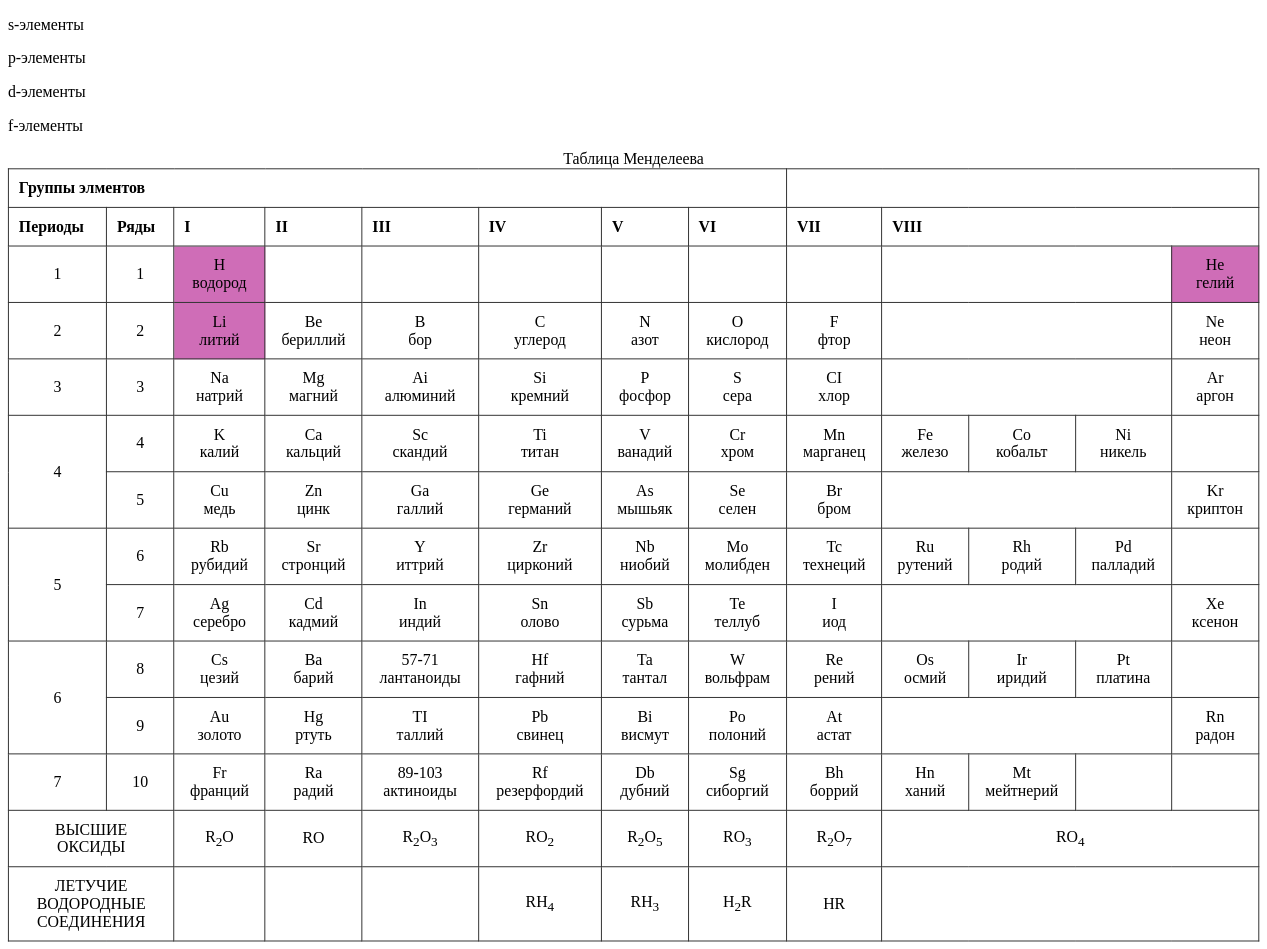
Repository: sannikovcode/exercises-a1
Page: JS/websites/01-periodic table/index.html
These files come from the project's save history. The page is drawn as it stood at one moment and after the next save; the edit follows.
The browser window is 1280 px wide. The pictures show the whole page, at 99% of full size.

Above is the page before, as saved 2025-10-18 14:54:15.

After the next save:
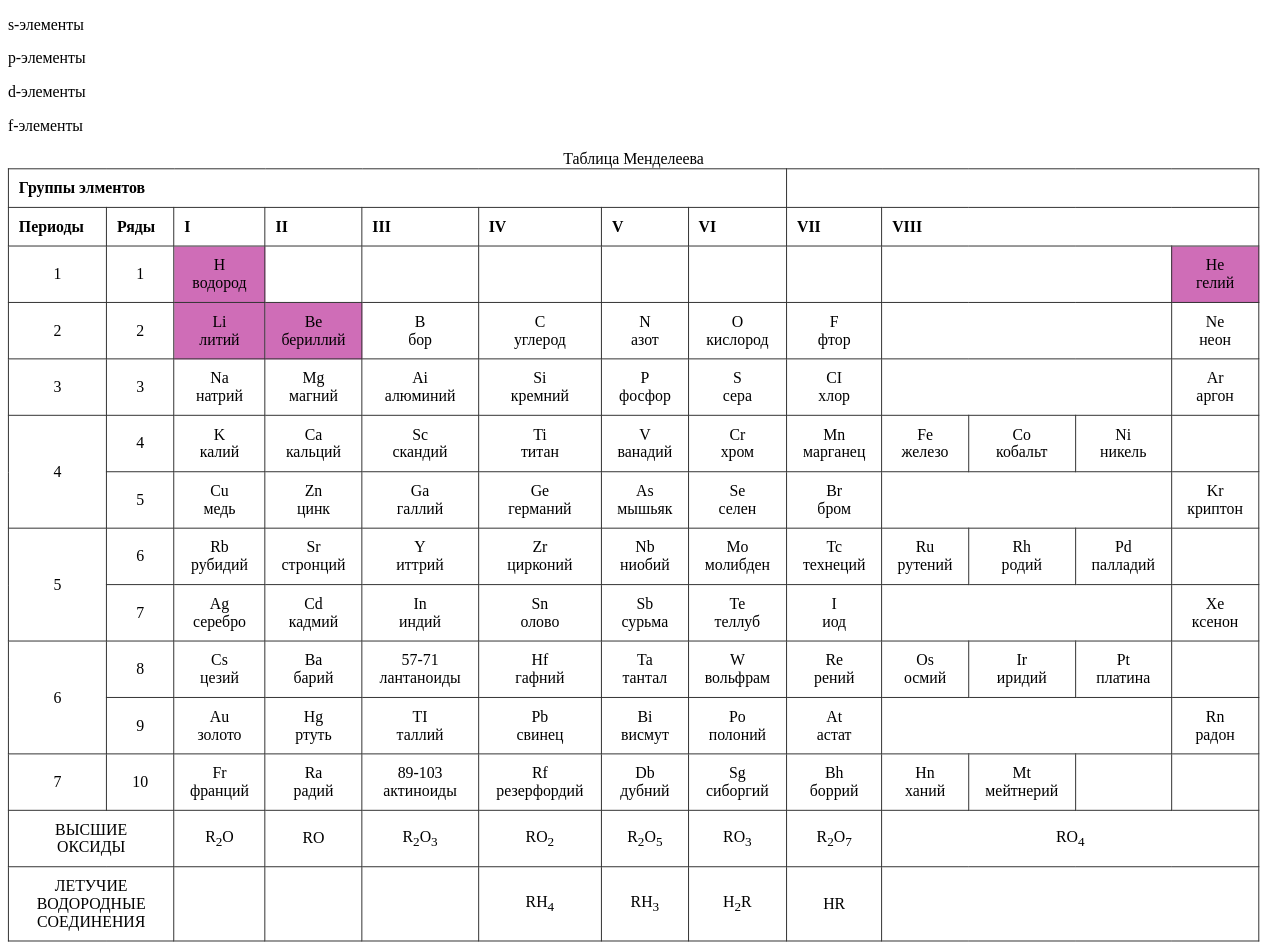
Saved 5 s later.
--- a/JS/websites/01-periodic table/index.html
+++ b/JS/websites/01-periodic table/index.html
@@ -48,7 +48,7 @@
                 <td scope="row">2</td>
                 <td>2</td>
                 <td id="s">Li<br>литий</td>
-                <td>Be<br>бериллий</td>
+                <td id="s">Be<br>бериллий</td>
                 <td>B<br>бор</td>
                 <td>C<br>углерод</td>
                 <td>N<br>азот</td>
